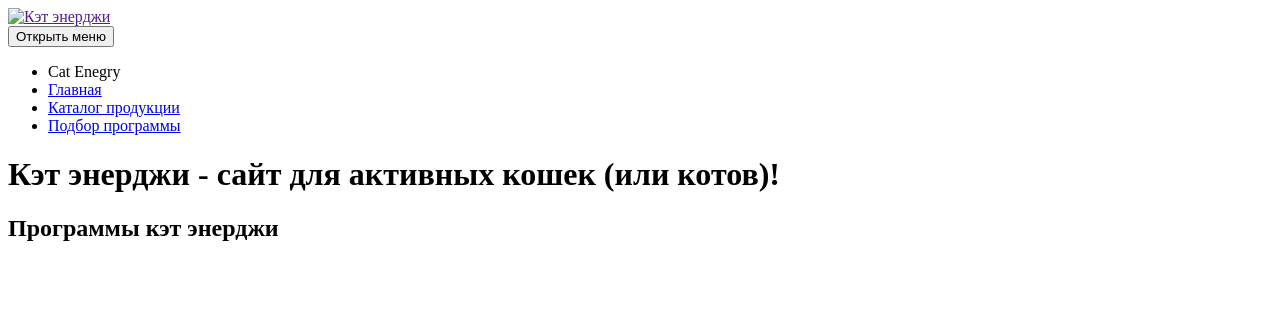
Repository: infernotw/1054987-cat-energy-17
Page: source/index.html
These files come from the project's save history. The page is drawn as it stood at one moment and after the next save; the edit follows.
The browser window is 1280 px wide. The pictures show the whole page.

Above is the page before, as saved 2019-07-17 03:57:46.

After the next save:
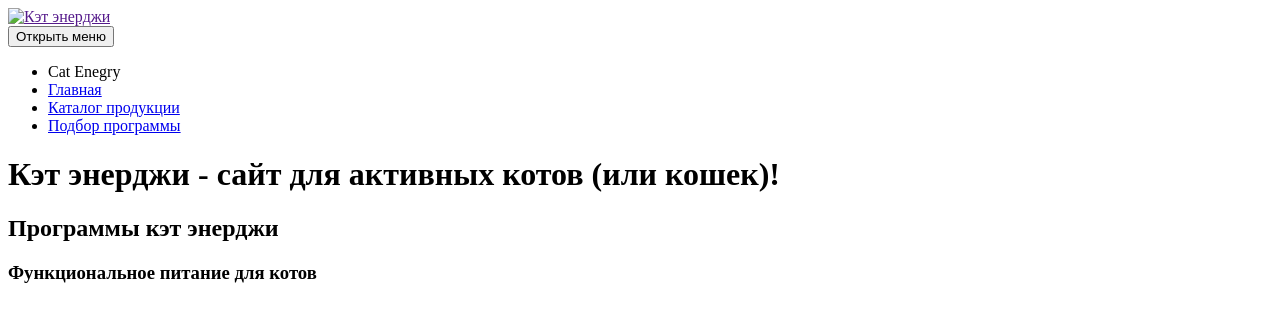
Saved 22 s later.
--- a/source/index.html
+++ b/source/index.html
@@ -34,11 +34,11 @@
   </header>
 
   <main class="page-main">
-    <h1 class="visually-hidden">Кэт энерджи - сайт для активных кошек (или котов)!</h1>
+    <h1 class="visually-hidden">Кэт энерджи - сайт для активных котов (или кошек)!</h1>
     <section class="program">
       <header class="program__header">
         <h2 class="visually-hidden">Программы кэт энерджи</h2>
-        <h3 class="program__about"></h3>
+        <h3 class="program__about">Функциональное питание для котов</h3>
       </header>
 
     </section>
